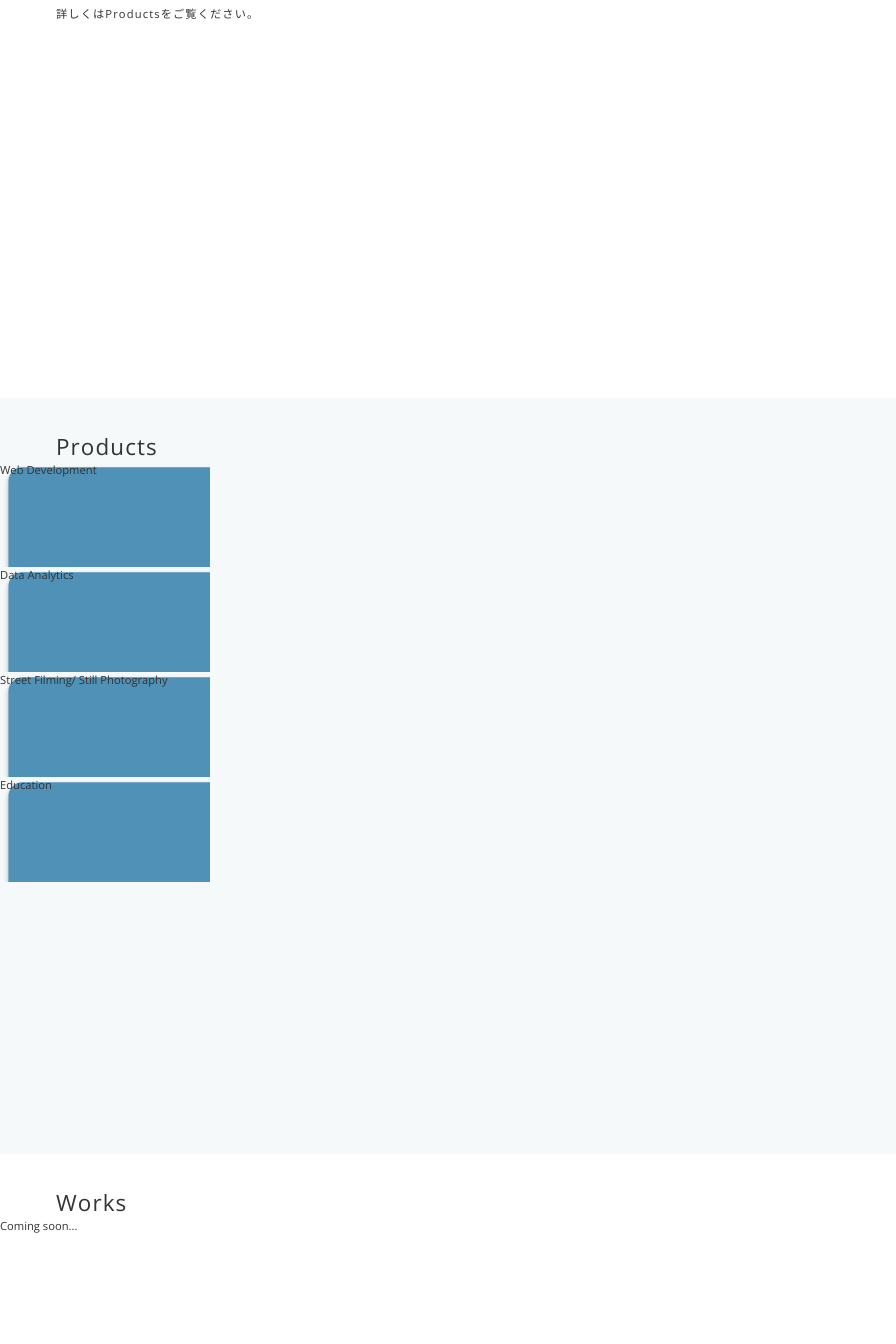
Repository: AirDepot/web
Page: index.html
The author's editor kept a copy of each file at every save. The page is drawn from the files as they stood at one save, then again after the next save.
The browser window is 1280 px wide. The pictures show the part of the page from y = 1592 to 3512 px (the page is 6592 px tall), at 70% of full size.

Above is the page before, as saved 2020-02-11 23:46:37.

After the next save:
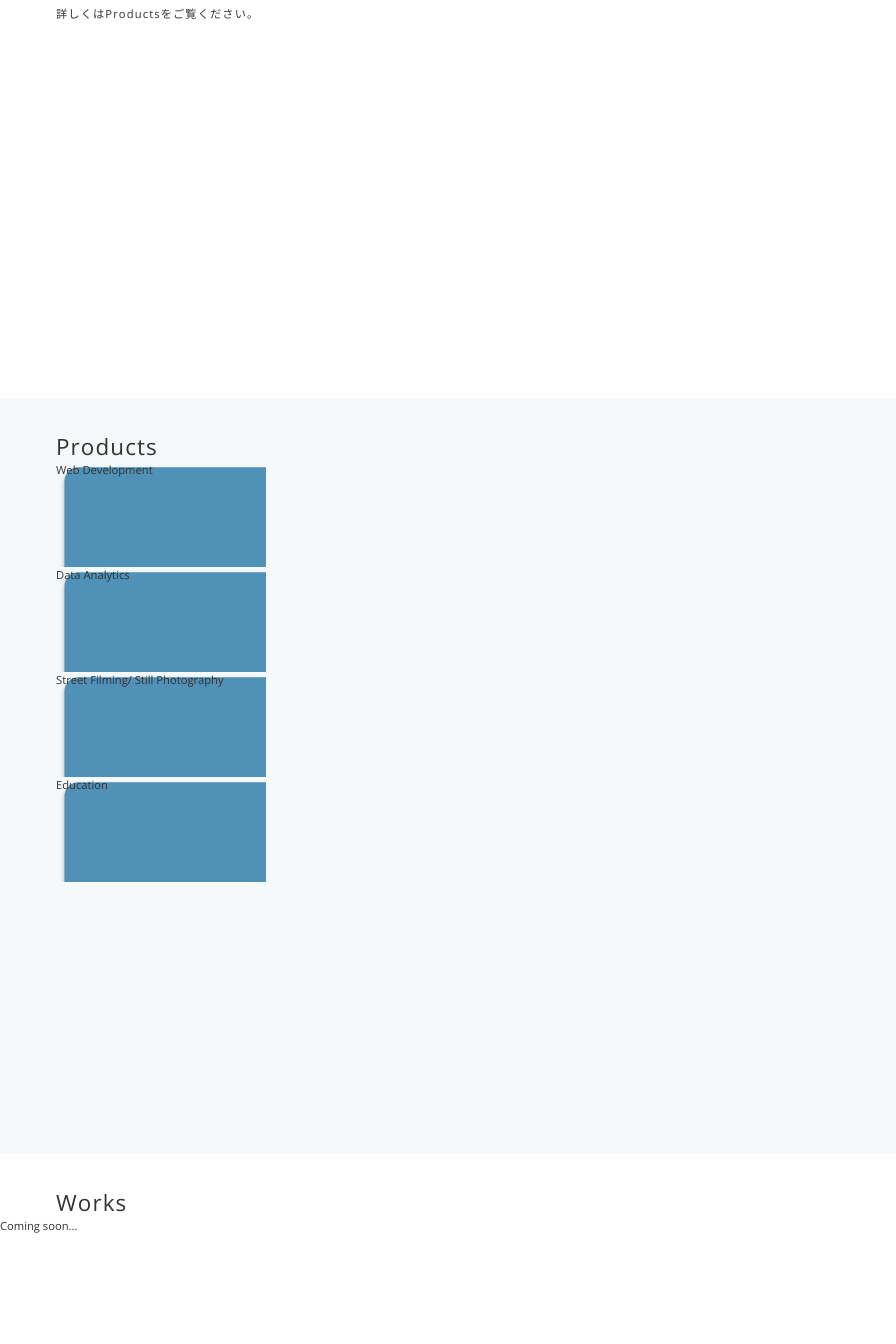
Saved 18 s later.
--- a/assets/css/common.css
+++ b/assets/css/common.css
@@ -128,6 +128,7 @@ div#products {
 
 ul#product_contents {
     display: inline-flexbox;
+    margin-left: 5rem;
 }
 
 ul#product_contents li {
